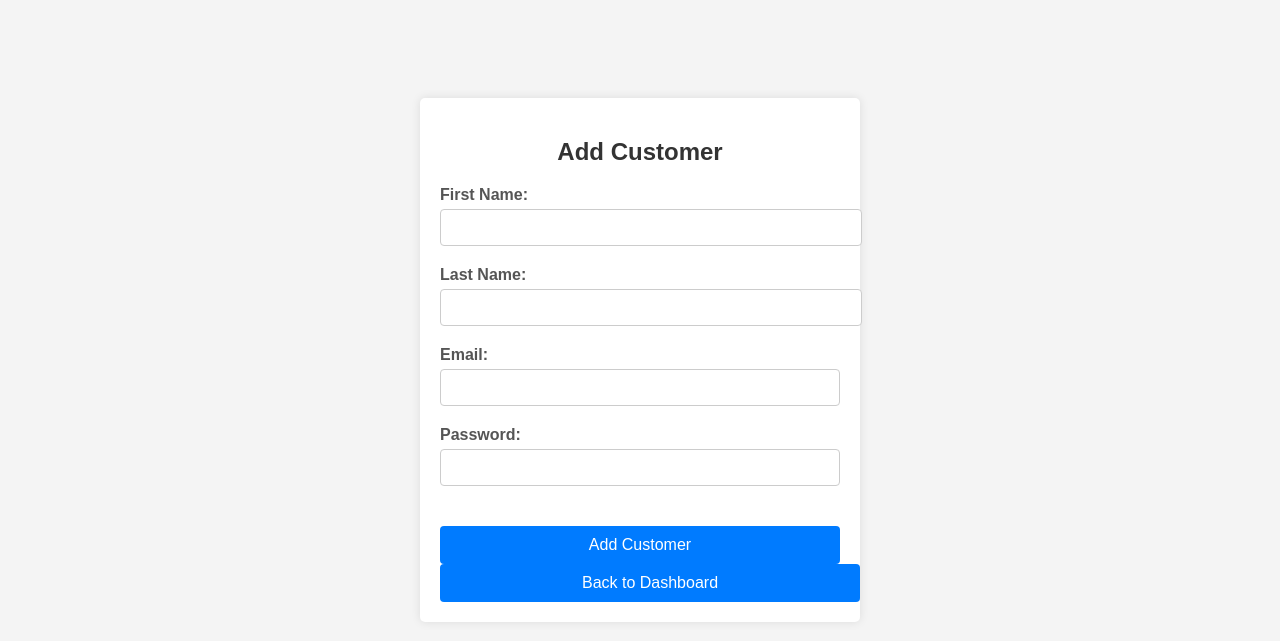
Repository: vinayakGarudi2002/swabhavTrainingProjects
Page: http://localhost/01_banking_application/addCustomer.jsp
These files come from the project's save history. The page is drawn as it stood at one moment and after the next save; the edit follows.
The browser window is 1280 px wide. The pictures show the whole page.
The page is served by Tomcat 9.

Above is the page before, as saved 2024-08-12 11:05:46.

After the next save:
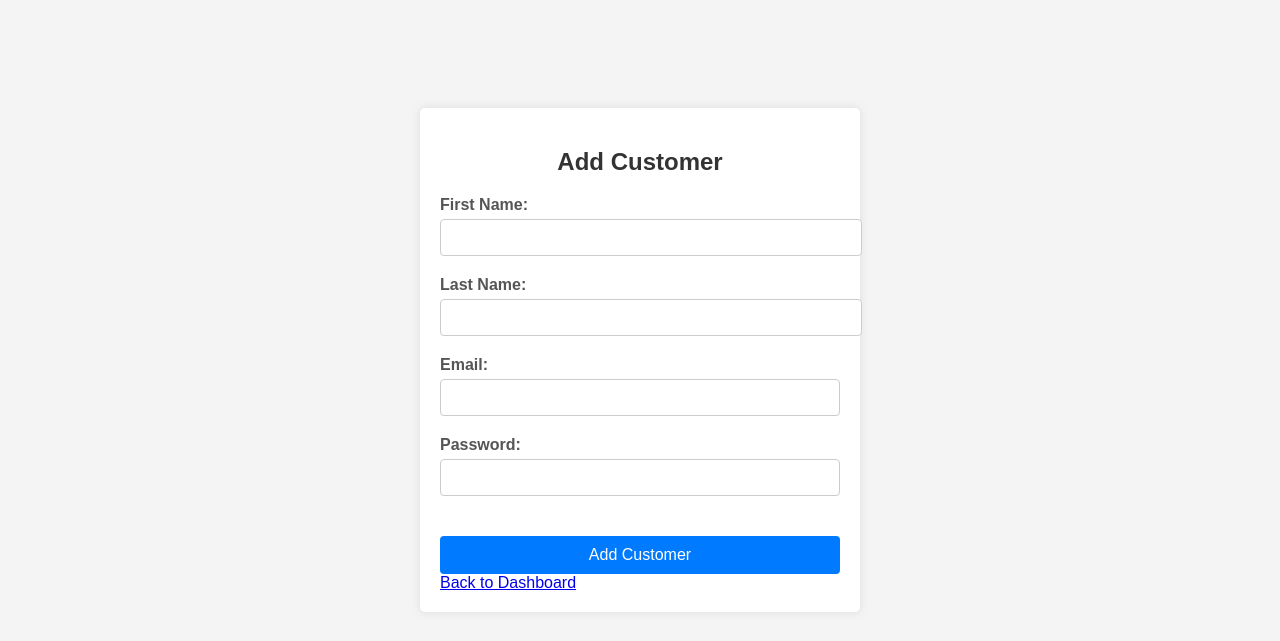
Saved 40 s later.
--- a/01_banking_application/WebContent/static/css/styles.css
+++ b/01_banking_application/WebContent/static/css/styles.css
@@ -212,19 +212,3 @@ button:hover {
             background-color: #f9f9f9;
             color: #333;
         }
-
-        a {
-            display: block;
-            width: 100%;
-            padding: 10px;
-            background-color: #007bff;
-            color: white;
-            text-align: center;
-            border-radius: 4px;
-            text-decoration: none;
-            font-size: 16px;
-        }
-
-        a:hover {
-            background-color: #0056b3;
-        }
